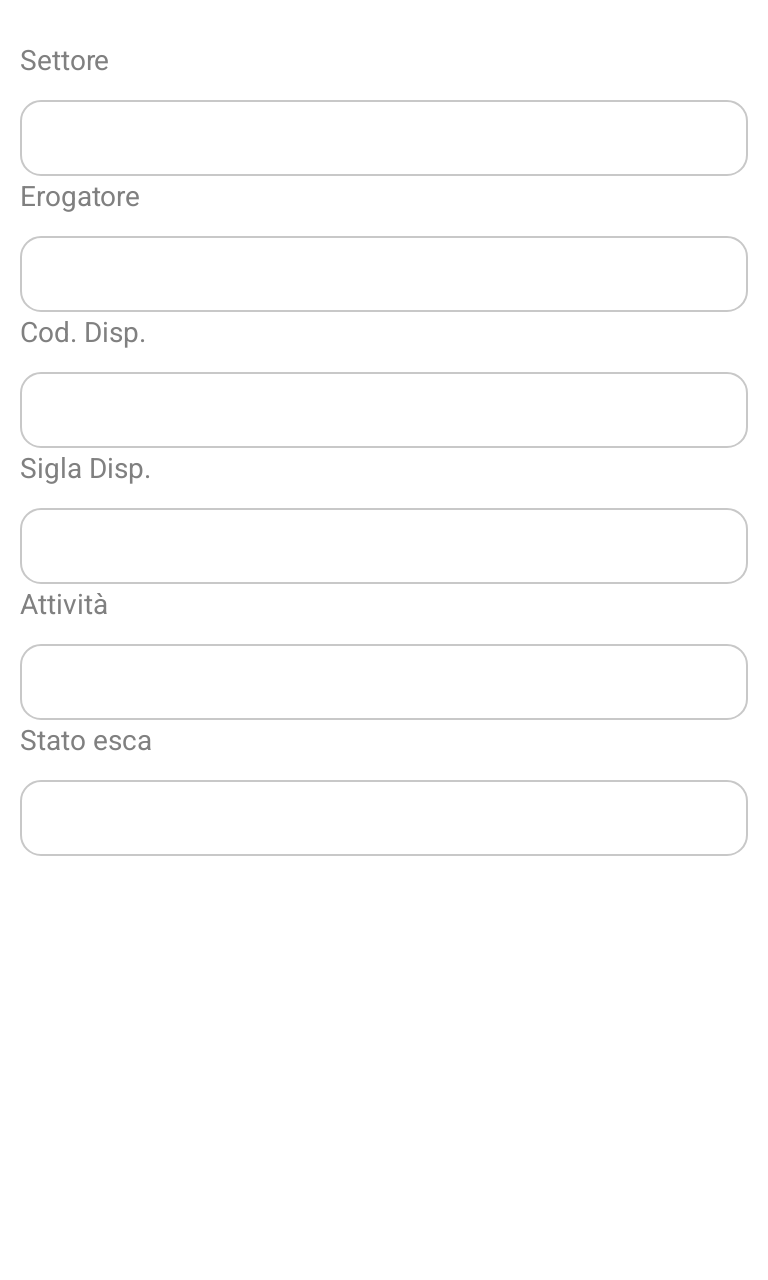
Repository: vincenzotandurella/winimpresamobile
Layout: workspace/WinImpresaMobile/res/layout/view_settore_default.xml
An editor plug-in stored every save of this project. The layout is shown before and after the next save, followed by the edit.
It is drawn on a 768 x 1280 px phone screen (xhdpi) without system bars, with theme CustomActionBarTheme; the app's code is not run.

Above is the layout before, as saved 2015-09-20 16:20:38.

### workspace/WinImpresaMobile/res/layout/view_settore_default.xml
<?xml version="1.0" encoding="utf-8"?>
<LinearLayout xmlns:android="http://schemas.android.com/apk/res/android"
    android:id="@+id/b"
    android:layout_width="fill_parent"
    android:layout_height="fill_parent"
    android:orientation="vertical" >

    <ScrollView
        android:layout_width="match_parent"
        android:layout_height="match_parent"
        android:layout_marginTop="20dp"
        android:background="#fff"
        android:paddingLeft="10sp"
        android:paddingRight="10sp" >

        <LinearLayout
            android:layout_width="match_parent"
            android:layout_height="wrap_content"
            android:background="#fff"
            android:orientation="vertical" >

            <TextView
                   android:layout_width="match_parent"
                    android:layout_height="30dp"
                    android:gravity="left"
                    android:hint="@string/labelSettore"
                    android:textColor="#fff" />

             <EditText
                   android:id="@+id/settore"
                    android:layout_width="match_parent"
                    android:layout_height="wrap_content"
                    android:background="@drawable/edittext_style"
                    android:gravity="start"
                    android:inputType="textMultiLine"
                    android:maxLines="3"
                    android:enabled="true"
                    android:padding="10dp"
                    android:scrollbars="vertical"
                    android:textColor="#000"
                    android:textSize="13sp" />
            <TextView
                   android:layout_width="match_parent"
                    android:layout_height="30dp"
                    android:gravity="left"
                    android:hint="@string/labelErogatore"
                    android:textColor="#fff" />

             <EditText
                   android:id="@+id/erogatore"
                    android:layout_width="match_parent"
                    android:layout_height="wrap_content"
                    android:background="@drawable/edittext_style"
                    android:gravity="start"
                    android:inputType="textMultiLine"
                    android:maxLines="3"
                    android:enabled="true"
                    android:padding="10dp"
                    android:scrollbars="vertical"
                    android:textColor="#000"
                    android:textSize="13sp" />


             <TextView
                   android:layout_width="match_parent"
                    android:layout_height="30dp"
                    android:gravity="left"
                    android:hint="@string/labelCodDisp"
                    android:textColor="#fff" />

             <EditText
                   android:id="@+id/codDisp"
                    android:layout_width="match_parent"
                    android:layout_height="wrap_content"
                    android:background="@drawable/edittext_style"
                    android:gravity="start"
                    android:inputType="textMultiLine"
                    android:maxLines="3"
                    android:enabled="true"
                    android:padding="10dp"
                    android:scrollbars="vertical"
                    android:textColor="#000"
                    android:textSize="13sp" />

                   <TextView
                   android:layout_width="match_parent"
                    android:layout_height="30dp"
                    android:gravity="left"
                    android:hint="@string/labelSiglaDisp"
                    android:textColor="#fff" />

             <EditText
                   android:id="@+id/siglaDisp"
                    android:layout_width="match_parent"
                    android:layout_height="wrap_content"
                    android:background="@drawable/edittext_style"
                    android:gravity="start"
                    android:inputType="textMultiLine"
                    android:maxLines="3"
                    android:enabled="true"
                    android:padding="10dp"
                    android:scrollbars="vertical"
                    android:textColor="#000"
                    android:textSize="13sp" />
              <TextView
                   android:layout_width="match_parent"
                    android:layout_height="30dp"
                    android:gravity="left"
                    android:hint="@string/labelAttivita"
                    android:textColor="#fff" />

             <EditText
                   android:id="@+id/attivita"
                    android:layout_width="match_parent"
                    android:layout_height="wrap_content"
                    android:background="@drawable/edittext_style"
                    android:gravity="start"
                    android:inputType="textMultiLine"
                    android:maxLines="3"
                    android:enabled="true"
                    android:padding="10dp"
                    android:scrollbars="vertical"
                    android:textColor="#000"
                    android:textSize="13sp" />


              <TextView
                   android:layout_width="match_parent"
                    android:layout_height="30dp"
                    android:gravity="left"
                    android:hint="@string/labelStatoEsca"
                    android:textColor="#fff" />

             <EditText
                   android:id="@+id/statoEsca"
                    android:layout_width="match_parent"
                    android:layout_height="wrap_content"
                    android:background="@drawable/edittext_style"
                    android:gravity="start"
                    android:inputType="textMultiLine"
                    android:maxLines="3"
                    android:enabled="true"
                    android:padding="10dp"
                    android:scrollbars="vertical"
                    android:textColor="#000"
                    android:textSize="13sp" />



           </LinearLayout>
    </ScrollView>

</LinearLayout>

### workspace/WinImpresaMobile/res/values/themes.xml
<?xml version="1.0" encoding="utf-8"?>
<resources>
    <!-- the theme applied to the application or activity -->
    <style name="CustomActionBarTheme"
           parent="@android:style/Theme.Holo.Light.DarkActionBar">
        <item name="android:actionBarStyle">@style/MyActionBar</item>

    </style>

    <!-- ActionBar styles -->
    <style name="MyActionBar"
           parent="@android:style/Widget.Holo.Light.ActionBar.Solid.Inverse">
        <item name="android:background">@color/pressed_color</item>
    </style>



</resources>

### workspace/WinImpresaMobile/res/values/color.xml
<?xml version="1.0" encoding="utf-8"?>
<resources>
    <color name="pressed_color" >#345953</color>
    <color name="default_color" >#689a92</color>
</resources>

### workspace/WinImpresaMobile/res/values/strings.xml
<?xml version="1.0" encoding="utf-8"?>
<resources>

    <string name="app_name">WinImpresa Mobile</string>
    <string name="benvenute">Ciao da WinImpresa Mobile</string>
    <string name="action_settings">Settings</string>
    <string name="employee">Dipendente</string>
    <string name="descriptionLogo">Logo winImpresa</string>
    <string name="startJob">Inizia lavoro</string>
    <string name="title_activity_buoni">BuoniActivity</string>
    <string name="descriptionButtonAdd">Aggiungi un nuovo buono</string>
    <string name="listBuoni">Lista buoni</string>
    <string name="msgSuccessBuono">Buono aggiunto con successo</string>
    <string name="title_activity_buono">Notizie buono</string>
    <string name="labelNote">Note intervento</string>
    <string name="labelTimeStart">Ora inizio</string>
    <string name="labelTimeEnd">Ora fine</string>
    <string name="labelReports">Segnalazioni/Anomalie</string>
    <string name="labelMotor">Automezzo</string>
    <string name="labelComunication">Comunicazione operatore</string>
    <string name="labelAndam">Anadam. Lavori</string>
    <string name="labelNo">No</string>
    <string name="labelSi">Si</string>
    <string name="labelMessaggeControlSaveBuono"> Hai salvato prima di tornare alla lista ? </string>
    <string name="labelSave">Salva</string>

    <string name="labelSettore">Settore</string>
    <string name="labelErogatore">Erogatore</string>
    <string name="labelCodDisp">Cod. Disp.</string>
    <string name="labelSiglaDisp">Sigla Disp.</string>
    <string name="labelAttivita">Attività</string>
    <string name="labelStatoEsca">Stato esca</string>
    <string name="labelProdottoSost">Prodotto sostituito</string>



    <string-array name="targhe">
        <item>XXXX-00</item>
        <item>XXXX-01</item>
        <item>XXXX-02</item>
        <item>XXXX-03</item>
        <item>XXXX-04</item>
    </string-array>
    <string-array name="andam">
        <item>Soddisfacente</item>
        <item>Mediocre</item>
        <item>Insufficiente</item>
    </string-array>

    <string name="title_activity_settori">Settori</string>
    <string name="hello_world">Hello world!</string>

</resources>

### workspace/WinImpresaMobile/res/drawable/edittext_style.xml
<shape xmlns:android="http://schemas.android.com/apk/res/android"
android:thickness="0dp"
android:shape="rectangle">
<stroke android:width="1dp"
        android:color="#c8c8c8"/>
<corners android:radius="10dp"/>
</shape>

After the next save:
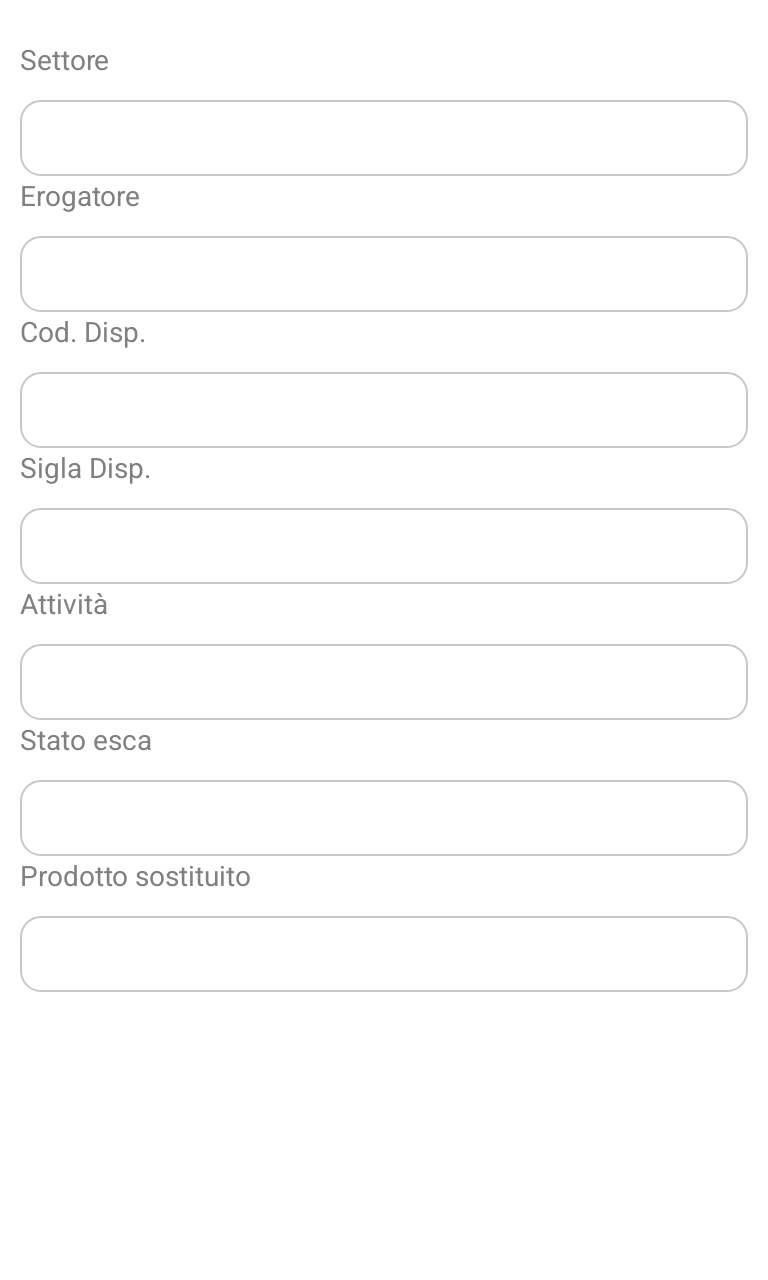
Saved 23 s later.
--- a/workspace/WinImpresaMobile/res/layout/view_settore_default.xml
+++ b/workspace/WinImpresaMobile/res/layout/view_settore_default.xml
@@ -145,6 +145,27 @@
                     android:textColor="#000"
                     android:textSize="13sp" />
 
+                  <TextView
+                   android:layout_width="match_parent"
+                    android:layout_height="30dp"
+                    android:gravity="left"
+                    android:hint="@string/labelProdottoSost"
+                    android:textColor="#fff" />
+
+             <EditText
+                   android:id="@+id/prodottoSost"
+                    android:layout_width="match_parent"
+                    android:layout_height="wrap_content"
+                    android:background="@drawable/edittext_style"
+                    android:gravity="start"
+                    android:inputType="textMultiLine"
+                    android:maxLines="3"
+                    android:enabled="true"
+                    android:padding="10dp"
+                    android:scrollbars="vertical"
+                    android:textColor="#000"
+                    android:textSize="13sp" />
+
 
 
            </LinearLayout>
